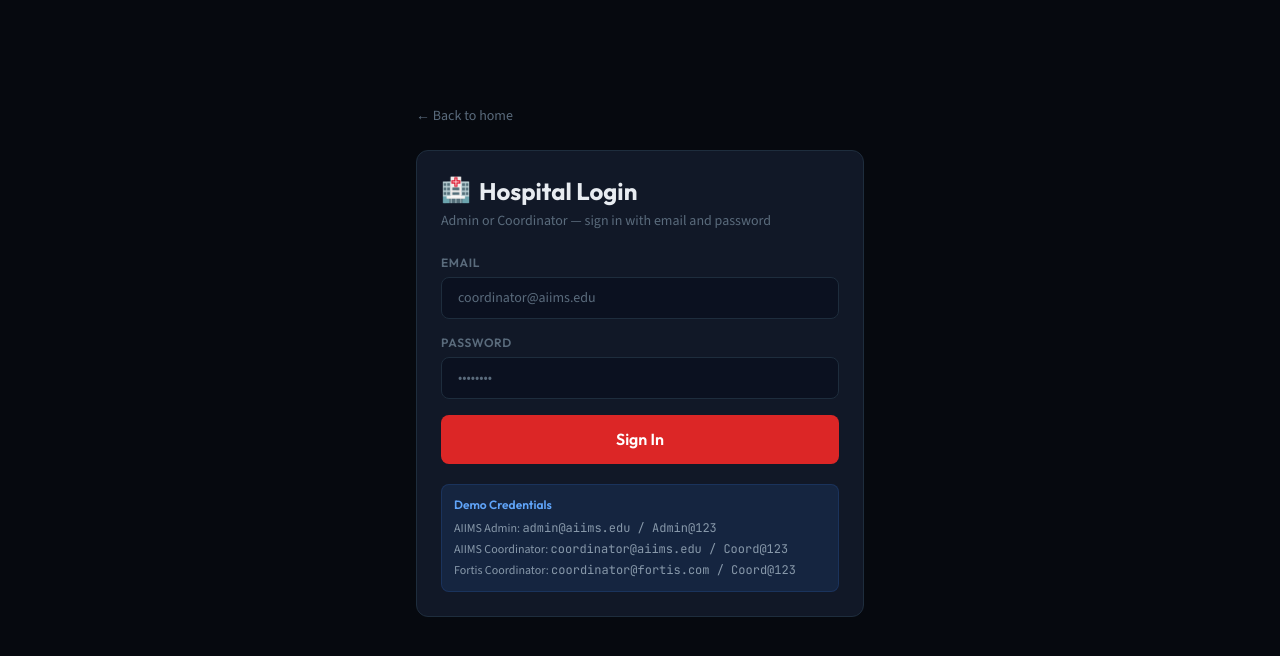
Repository: maitri25jain/LifeBride-Hackmol-
Page: /hospital/login (app in frontend/)
These files come from the project's save history. The page is drawn as it stood at one moment and after the next save; the edit follows.
The browser window is 1280 px wide. The pictures show the whole page.
The project was rebuilt for these pictures with package versions that can differ from the ones it lists, and the page was loaded fresh each time. Also part of the build but not shown: frontend/vite.config.js, frontend/src/pages/Landing/Landing.jsx, frontend/src/pages/CitizenAuth/CitizenAuth.jsx, frontend/src/pages/CitizenDashboard/CitizenDashboard.jsx, frontend/src/pages/HospitalDashboard/HospitalDashboard.jsx.

Above is the page before, as saved 2026-03-29 11:09:16.

### frontend/index.html
<!DOCTYPE html>
<html lang="en">
  <head>
    <meta charset="UTF-8" />
    <link rel="icon" type="image/svg+xml" href="data:[embedded picture, 125 characters]" />
    <meta name="viewport" content="width=device-width, initial-scale=1.0" />
    <title>LifeBridge — Save Lives, Bridge the Gap</title>
  </head>
  <body>
    <div id="root"></div>
    <script type="module" src="/src/main.jsx"></script>
  </body>
</html>

### frontend/src/App.jsx
import { BrowserRouter, Routes, Route, Navigate } from 'react-router-dom';
// 🚨 Notice we are importing BOTH from our new useAuth.jsx file now!
import { AuthProvider, useAuth } from './context/useAuth';
import Landing from './pages/Landing/Landing';
import CitizenAuth from './pages/CitizenAuth/CitizenAuth';
import CitizenDashboard from './pages/CitizenDashboard/CitizenDashboard';
import HospitalLogin from './pages/HospitalLogin/HospitalLogin';
import HospitalDashboard from './pages/HospitalDashboard/HospitalDashboard';

function ProtectedCitizen({ children }) {
  const { isLoggedIn } = useAuth();
  return isLoggedIn ? children : <Navigate to="/citizen/auth" replace />;
}

function ProtectedHospital({ children }) {
  const { isLoggedIn } = useAuth();
  return isLoggedIn ? children : <Navigate to="/hospital/login" replace />;
}

export default function App() {
  return (
    <BrowserRouter>
      {/* This provider is now correctly powering your entire app */}
      <AuthProvider>
        <Routes>
          <Route path="/" element={<Landing />} />
          <Route path="/citizen/auth" element={<CitizenAuth />} />
          <Route path="/citizen/dashboard" element={<ProtectedCitizen><CitizenDashboard /></ProtectedCitizen>} />
          <Route path="/hospital/login" element={<HospitalLogin />} />
          <Route path="/hospital/dashboard" element={<ProtectedHospital><HospitalDashboard /></ProtectedHospital>} />
          <Route path="*" element={<Navigate to="/" replace />} />
        </Routes>
      </AuthProvider>
    </BrowserRouter>
  );
}

### frontend/src/index.css
@import url('https://fonts.googleapis.com/css2?family=Outfit:wght@300;400;500;600;700;800;900&family=Source+Sans+3:ital,wght@0,300;0,400;0,500;0,600;0,700;1,400&family=JetBrains+Mono:wght@400;500;600&display=swap');

@tailwind base;
@tailwind components;
@tailwind utilities;

:root {
  --bg-deep:    #06090f;
  --bg-base:    #0b1120;
  --bg-raised:  #111827;
  --bg-surface: #1a2332;
  --bg-hover:   #1f2d40;
  --border:     #1e2d3d;
  --border-lit: #2a3f55;

  --text-primary:   #e8ecf1;
  --text-secondary: #8899aa;
  --text-muted:     #5a6b7c;

  --red-50:  #fef2f2;
  --red-100: #fee2e2;
  --red-400: #f87171;
  --red-500: #ef4444;
  --red-600: #dc2626;
  --red-700: #b91c1c;
  --red-glow: rgba(239, 68, 68, 0.15);

  --green-400: #34d399;
  --green-500: #10b981;
  --green-600: #059669;
  --green-glow: rgba(16, 185, 129, 0.15);

  --blue-400: #60a5fa;
  --blue-500: #3b82f6;
  --blue-glow: rgba(59, 130, 246, 0.12);

  --amber-400: #fbbf24;
  --amber-500: #f59e0b;
  --amber-glow: rgba(245, 158, 11, 0.12);

  --font-display: 'Outfit', sans-serif;
  --font-body:    'Source Sans 3', sans-serif;
  --font-mono:    'JetBrains Mono', monospace;
}

* { box-sizing: border-box; margin: 0; padding: 0; }

body {
  font-family: var(--font-body);
  background: var(--bg-deep);
  color: var(--text-primary);
  -webkit-font-smoothing: antialiased;
  -moz-osx-font-smoothing: grayscale;
  line-height: 1.6;
}

::-webkit-scrollbar { width: 6px; }
::-webkit-scrollbar-track { background: var(--bg-base); }
::-webkit-scrollbar-thumb { background: var(--border-lit); border-radius: 3px; }
::-webkit-scrollbar-thumb:hover { background: var(--text-muted); }

@layer components {
  .card {
    @apply rounded-xl p-6;
    background: var(--bg-raised);
    border: 1px solid var(--border);
  }
  .card-surface {
    @apply rounded-xl p-5;
    background: var(--bg-surface);
    border: 1px solid var(--border);
  }

  .btn-primary {
    @apply px-5 py-2.5 rounded-lg font-semibold text-white transition-all duration-200 cursor-pointer;
    background: var(--red-600);
    font-family: var(--font-display);
  }
  .btn-primary:hover {
    background: var(--red-500);
    transform: translateY(-1px);
    box-shadow: 0 4px 20px var(--red-glow);
  }
  .btn-primary:disabled {
    opacity: 0.5;
    cursor: not-allowed;
    transform: none;
    box-shadow: none;
  }

  .btn-secondary {
    @apply px-5 py-2.5 rounded-lg font-semibold transition-all duration-200 cursor-pointer;
    background: var(--bg-surface);
    color: var(--text-primary);
    border: 1px solid var(--border-lit);
    font-family: var(--font-display);
  }
  .btn-secondary:hover {
    background: var(--bg-hover);
    border-color: var(--text-muted);
  }

  .btn-ghost {
    @apply px-4 py-2 rounded-lg text-sm transition-all duration-200 cursor-pointer;
    color: var(--text-secondary);
    background: transparent;
  }
  .btn-ghost:hover {
    background: var(--bg-surface);
    color: var(--text-primary);
  }

  .btn-emerald {
    @apply px-5 py-2.5 rounded-lg font-semibold text-white transition-all duration-200 cursor-pointer;
    background: var(--green-600);
    font-family: var(--font-display);
  }
  .btn-emerald:hover {
    background: var(--green-500);
    box-shadow: 0 4px 20px var(--green-glow);
  }

  .input-field {
    @apply w-full px-4 py-2.5 rounded-lg text-sm outline-none transition-all duration-200;
    background: var(--bg-base);
    border: 1px solid var(--border);
    color: var(--text-primary);
    font-family: var(--font-body);
  }
  .input-field::placeholder { color: var(--text-muted); }
  .input-field:focus {
    border-color: var(--red-500);
    box-shadow: 0 0 0 3px var(--red-glow);
  }

  .select-field {
    @apply w-full px-4 py-2.5 rounded-lg text-sm outline-none transition-all duration-200 appearance-none;
    background: var(--bg-base);
    border: 1px solid var(--border);
    color: var(--text-primary);
    font-family: var(--font-body);
    background-image: url("data:[embedded picture, 161 characters]");
    background-repeat: no-repeat;
    background-position: right 12px center;
  }
  .select-field:focus {
    border-color: var(--red-500);
    box-shadow: 0 0 0 3px var(--red-glow);
  }

  .label {
    @apply block text-xs font-semibold uppercase tracking-wider mb-1.5;
    color: var(--text-muted);
    font-family: var(--font-display);
  }

  .badge {
    @apply inline-flex items-center px-2.5 py-0.5 rounded-full text-xs font-semibold;
    font-family: var(--font-display);
  }
  .badge-critical { background: rgba(239,68,68,0.15); color: var(--red-400); border: 1px solid rgba(239,68,68,0.25); }
  .badge-urgent   { background: var(--amber-glow); color: var(--amber-400); border: 1px solid rgba(245,158,11,0.25); }
  .badge-standard { background: var(--green-glow); color: var(--green-400); border: 1px solid rgba(16,185,129,0.25); }
  .badge-normal   { background: var(--green-glow); color: var(--green-400); border: 1px solid rgba(16,185,129,0.25); }
  .badge-active   { background: var(--green-glow); color: var(--green-400); border: 1px solid rgba(16,185,129,0.25); }
  .badge-verified { background: var(--blue-glow); color: var(--blue-400); border: 1px solid rgba(59,130,246,0.25); }
  .badge-info     { background: var(--blue-glow); color: var(--blue-400); border: 1px solid rgba(59,130,246,0.25); }
}

@keyframes fadeUp {
  from { opacity: 0; transform: translateY(16px); }
  to   { opacity: 1; transform: translateY(0); }
}
@keyframes fadeIn {
  from { opacity: 0; }
  to   { opacity: 1; }
}
@keyframes pulseGlow {
  0%, 100% { box-shadow: 0 0 0 0 rgba(239, 68, 68, 0.4); }
  50%      { box-shadow: 0 0 0 10px rgba(239, 68, 68, 0); }
}
@keyframes spin {
  to { transform: rotate(360deg); }
}
.animate-fadeUp   { animation: fadeUp 0.5s ease-out forwards; }
.animate-fadeIn   { animation: fadeIn 0.3s ease-out forwards; }
.animate-pulse-glow { animation: pulseGlow 2s infinite; }
.animate-spin     { animation: spin 0.8s linear infinite; }

.stagger > *:nth-child(1) { animation-delay: 0ms; }
.stagger > *:nth-child(2) { animation-delay: 60ms; }
.stagger > *:nth-child(3) { animation-delay: 120ms; }
.stagger > *:nth-child(4) { animation-delay: 180ms; }
.stagger > *:nth-child(5) { animation-delay: 240ms; }
.stagger > *:nth-child(6) { animation-delay: 300ms; }

### frontend/src/context/useAuth.jsx
import { createContext, useContext, useState} from 'react';
// We import the helper functions directly from our API file!
import { getStoredUser, isAuthenticated, logout } from '../api';

const AuthContext = createContext(null);

export function AuthProvider({ children }) {
  const [user, setUser] = useState(getStoredUser());
  const [isLoggedIn, setIsLoggedIn] = useState(isAuthenticated());

  // This runs when you successfully verify the OTP in CitizenAuth
  const setCitizenUser = () => {
    // api.js already saved the token to localStorage, we just update the UI state
    setUser(getStoredUser());
    setIsLoggedIn(true);
  };

  const handleLogout = () => {
    logout(); // This clears 'lb_token' and 'lb_user'
    setUser(null);
    setIsLoggedIn(false);
  };

  return (
    <AuthContext.Provider value={{ user, isLoggedIn, setCitizenUser, logout: handleLogout }}>
      {children}
    </AuthContext.Provider>
  );
}
// eslint-disable-next-line react-refresh/only-export-components
export const useAuth = () => useContext(AuthContext);

### frontend/src/pages/HospitalLogin/HospitalLogin.jsx
import { useState } from 'react';
import { useNavigate, Link } from 'react-router-dom';
import { useAuth } from '../../context/useAuth';
import { hospitalAuth } from "../../api";

export default function HospitalLogin() {
  const navigate = useNavigate();
  const { setCitizenUser } = useAuth();
  const [email, setEmail] = useState('');
  const [password, setPassword] = useState('');
  const [error, setError] = useState('');
  const [loading, setLoading] = useState(false);

  async function handleSubmit(e) {
    e.preventDefault();
    setError('');
    setLoading(true);
    try {
      await hospitalAuth.login(email, password);
      setCitizenUser();
      navigate('/hospital/dashboard');
    } catch (err) {
      setError(err.message);
    }
    setLoading(false);
  }

  return (
    <div
      className="min-h-screen flex items-center justify-center px-6"
      style={{ background: 'var(--bg-deep)' }}
    >
      <div className="w-full max-w-md">
        <Link
          to="/"
          className="inline-flex items-center gap-1 text-sm mb-6"
          style={{ color: 'var(--text-muted)' }}
        >
          ← Back to home
        </Link>

        <div className="card">
          <div className="flex items-center gap-2 mb-1">
            <span className="text-2xl">🏥</span>
            <h1 className="text-2xl font-bold font-display">Hospital Login</h1>
          </div>
          <p className="text-sm mb-6" style={{ color: 'var(--text-muted)' }}>
            Admin or Coordinator — sign in with email and password
          </p>

          <form onSubmit={handleSubmit} className="space-y-4">
            <div>
              <label className="label">Email</label>
              <input
                className="input-field"
                type="email"
                value={email}
                onChange={(e) => setEmail(e.target.value)}
                placeholder="coordinator@aiims.edu"
                required
              />
            </div>
            <div>
              <label className="label">Password</label>
              <input
                className="input-field"
                type="password"
                value={password}
                onChange={(e) => setPassword(e.target.value)}
                placeholder="••••••••"
                required
              />
            </div>
            {error && (
              <div
                className="text-sm px-3 py-2 rounded-lg"
                style={{
                  background: 'var(--red-glow)',
                  color: 'var(--red-400)',
                  border: '1px solid rgba(239,68,68,0.2)',
                }}
              >
                {error}
              </div>
            )}
            <button type="submit" className="btn-primary w-full !py-3" disabled={loading}>
              {loading ? (
                <span className="flex items-center justify-center gap-2">
                  <span
                    className="w-4 h-4 border-2 rounded-full animate-spin"
                    style={{
                      borderColor: 'rgba(255,255,255,0.3)',
                      borderTopColor: 'white',
                    }}
                  />
                  Signing in...
                </span>
              ) : (
                'Sign In'
              )}
            </button>
          </form>

          <div
            className="mt-5 p-3 rounded-lg text-xs"
            style={{
              background: 'var(--blue-glow)',
              border: '1px solid rgba(59,130,246,0.15)',
            }}
          >
            <span className="font-semibold font-display" style={{ color: 'var(--blue-400)' }}>
              Demo Credentials
            </span>
            <div className="mt-1.5 space-y-1" style={{ color: 'var(--text-secondary)' }}>
              <p>
                AIIMS Admin:{' '}
                <span className="font-mono">admin@aiims.edu / Admin@123</span>
              </p>
              <p>
                AIIMS Coordinator:{' '}
                <span className="font-mono">coordinator@aiims.edu / Coord@123</span>
              </p>
              <p>
                Fortis Coordinator:{' '}
                <span className="font-mono">coordinator@fortis.com / Coord@123</span>
              </p>
            </div>
          </div>
        </div>
      </div>
    </div>
  );
}

### frontend/src/api.js
/**
 * API client for LifeBridge FastAPI backend.
 * Maps 1:1 to every endpoint in your backend.
 *
 * Auth strategy:
 *   Hospital staff → email + password → JWT stored in localStorage + httpOnly cookie
 *   Citizens       → phone + OTP (always 123456) → JWT stored in localStorage
 */

const BASE = import.meta.env.VITE_API_URL || 'http://localhost:8000/api';

async function request(path, options = {}) {
  const token = localStorage.getItem('lb_token');

  const headers = {
    'Content-Type': 'application/json',
    ...(token && { Authorization: `Bearer ${token}` }),
    ...options.headers,
  };

  const res = await fetch(`${BASE}${path}`, {
    ...options,
    headers,
    credentials: 'include',
  });

  if (res.status === 401) {
    localStorage.removeItem('lb_token');
    localStorage.removeItem('lb_user');
  }

  const data = await res.json().catch(() => ({}));

  if (!res.ok) {
    const error = new Error(data.detail || data.error || 'Request failed');
    error.status = res.status;
    error.data = data;
    throw error;
  }

  return data;
}

// ═══════════════════════════════════════════════
// HOSPITAL STAFF AUTH — email + password
// Backend: POST /api/auth/login, GET /api/auth/me
// ═══════════════════════════════════════════════

export const hospitalAuth = {
  login: async (email, password) => {
    const data = await request('/auth/login', {
      method: 'POST',
      body: JSON.stringify({ email, password }),
    });
    if (data.access_token) {
      localStorage.setItem('lb_token', data.access_token);
    }
    return data;
  },

  getMe: () => request('/auth/me'),
};

// ═══════════════════════════════════════════════
// CITIZEN AUTH — phone + OTP
// Backend: POST /api/auth/register/send-otp
//          POST /api/auth/register/verify
//          POST /api/auth/login/send-otp
//          POST /api/auth/login/verify
// ═══════════════════════════════════════════════

export const citizenAuth = {
  registerSendOTP: (payload) =>
    request('/auth/register/send-otp', {
      method: 'POST',
      body: JSON.stringify(payload),
    }),

  registerVerify: async (phone, otp) => {
    const data = await request('/auth/register/verify', {
      method: 'POST',
      body: JSON.stringify({ phone, otp }),
    });
    if (data.access_token) {
      localStorage.setItem('lb_token', data.access_token);
      localStorage.setItem(
        'lb_user',
        JSON.stringify({
          id: data.citizen_id,
          name: data.full_name,
          phone: data.phone,
          blood_type: data.blood_type,
          role: 'citizen',
          has_pledge: data.has_pledge,
        })
      );
    }
    return data;
  },

  loginSendOTP: (phone) =>
    request('/auth/login/send-otp', {
      method: 'POST',
      body: JSON.stringify({ phone }),
    }),

  loginVerify: async (phone, otp) => {
    const data = await request('/auth/login/verify', {
      method: 'POST',
      body: JSON.stringify({ phone, otp }),
    });
    if (data.access_token) {
      localStorage.setItem('lb_token', data.access_token);
      localStorage.setItem(
        'lb_user',
        JSON.stringify({
          id: data.citizen_id,
          name: data.full_name,
          phone: data.phone,
          blood_type: data.blood_type,
          role: 'citizen',
          has_pledge: data.has_pledge,
        })
      );
    }
    return data;
  },
};

// ═══════════════════════════════════════════════
// CITIZEN ENDPOINTS
// Backend: GET  /api/citizens/me
//          POST /api/citizens/pledge
//          GET  /api/citizens/alerts
//          POST /api/citizens/alerts/{id}/respond
// ═══════════════════════════════════════════════

export const citizens = {
  getMe: () => request('/citizens/me'),

  submitPledge: (payload) =>
    request('/citizens/pledge', {
      method: 'POST',
      body: JSON.stringify(payload),
    }),

  getAlerts: () => request('/citizens/alerts'),

  respondToAlert: (alertId) =>
    request(`/citizens/alerts/${alertId}/respond`, { method: 'POST' }),
};

// ═══════════════════════════════════════════════
// HOSPITAL DASHBOARD
// Backend: GET /api/dashboard/stats
// ═══════════════════════════════════════════════

export const dashboard = {
  getStats: () => request('/dashboard/stats'),
};

// ═══════════════════════════════════════════════
// RECIPIENTS
// Backend: POST /api/recipients/
//          GET  /api/recipients/
// ═══════════════════════════════════════════════

export const recipients = {
  create: (payload) =>
    request('/recipients/', {
      method: 'POST',
      body: JSON.stringify(payload),
    }),

  list: () => request('/recipients/'),
};

// ═══════════════════════════════════════════════
// DONORS
// Backend: POST /api/donors/
//          GET  /api/donors/
//          POST /api/donors/match/organ
//          POST /api/donors/match/blood
//          GET  /api/donors/match/history
// ═══════════════════════════════════════════════

export const donors = {
  create: (payload) =>
    request('/donors/', {
      method: 'POST',
      body: JSON.stringify(payload),
    }),

  list: () => request('/donors/'),

  matchOrgan: () => request('/donors/match/organ', { method: 'POST' }),

  matchBlood: () => request('/donors/match/blood', { method: 'POST' }),

  matchHistory: () => request('/donors/match/history'),
};

// ═══════════════════════════════════════════════
// ACCOUNTS — hospital_admin manages coordinators
// Backend: POST /api/accounts/coordinators
//          GET  /api/accounts/coordinators
//          PUT  /api/accounts/coordinators/{id}
// ═══════════════════════════════════════════════

export const accounts = {
  createCoordinator: (payload) =>
    request('/accounts/coordinators', {
      method: 'POST',
      body: JSON.stringify(payload),
    }),

  listCoordinators: () => request('/accounts/coordinators'),

  updateCoordinator: (id, payload) =>
    request(`/accounts/coordinators/${id}`, {
      method: 'PUT',
      body: JSON.stringify(payload),
    }),
};

// ═══════════════════════════════════════════════
// BLOOD ALERTS — coordinator broadcasts
// Backend: POST /api/alerts/
//          GET  /api/alerts/
//          PUT  /api/alerts/{id}/close
// ═══════════════════════════════════════════════

export const alerts = {
  create: (payload) =>
    request('/alerts/', {
      method: 'POST',
      body: JSON.stringify(payload),
    }),

  list: () => request('/alerts/'),

  close: (alertId) =>
    request(`/alerts/${alertId}/close`, { method: 'PUT' }),
};

// ═══════════════════════════════════════════════
// HEALTH
// Backend: GET /api/health
// ═══════════════════════════════════════════════

export const health = {
  check: () => request('/health').catch(() => ({ status: 'unreachable' })),
};

// ═══════════════════════════════════════════════
// UTILITIES
// ═══════════════════════════════════════════════

export function logout() {
  localStorage.removeItem('lb_token');
  localStorage.removeItem('lb_user');
  window.location.href = '/';
}

export function getStoredUser() {
  try {
    return JSON.parse(localStorage.getItem('lb_user'));
  } catch {
    return null;
  }
}

export function isAuthenticated() {
  return !!localStorage.getItem('lb_token');
}

### frontend/tailwind.config.js
/** @type {import('tailwindcss').Config} */
export default {
  content: ['./index.html', './src/**/*.{js,jsx}'],
  theme: {
    extend: {
      fontFamily: {
        display: ['Outfit', 'sans-serif'],
        body: ['Source Sans 3', 'sans-serif'],
        mono: ['JetBrains Mono', 'monospace'],
      },
    },
  },
  plugins: [],
};

Loaded but not shown: frontend/src/main.jsx (common file)

After the next save:
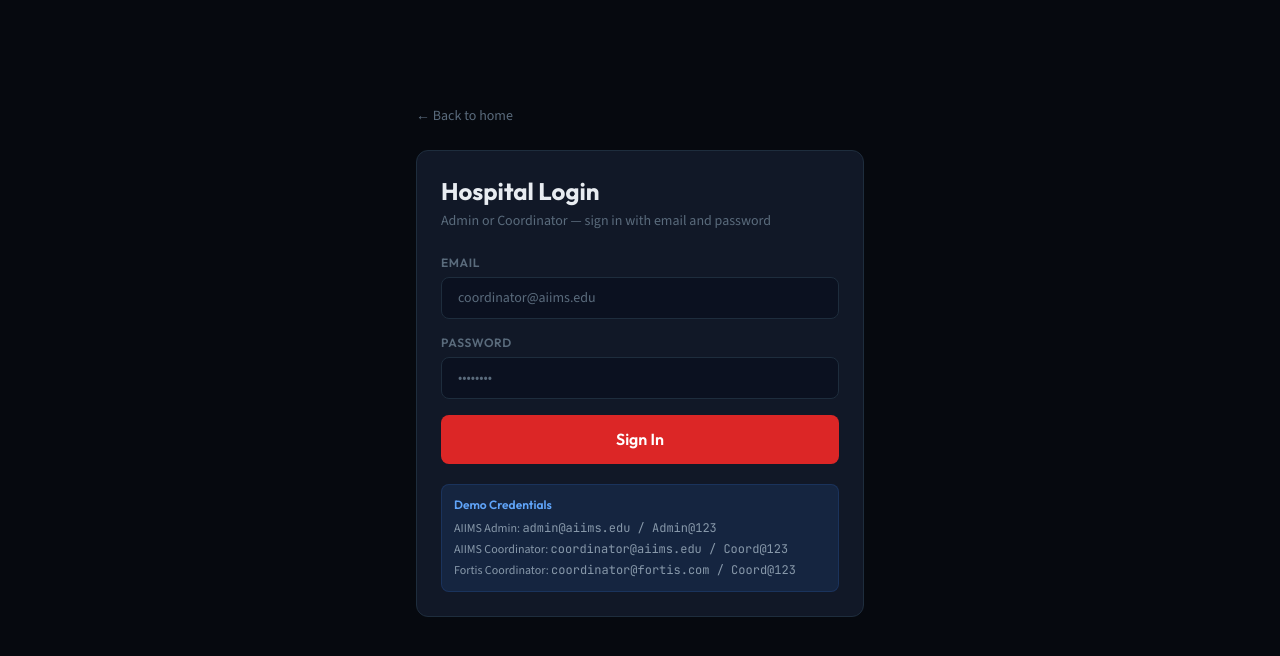
Saved 5 s later.
--- a/frontend/src/pages/HospitalLogin/HospitalLogin.jsx
+++ b/frontend/src/pages/HospitalLogin/HospitalLogin.jsx
@@ -41,7 +41,7 @@
 
         <div className="card">
           <div className="flex items-center gap-2 mb-1">
-            <span className="text-2xl">🏥</span>
+            {/* <span className="text-2xl">🏥</span> */}
             <h1 className="text-2xl font-bold font-display">Hospital Login</h1>
           </div>
           <p className="text-sm mb-6" style={{ color: 'var(--text-muted)' }}>
